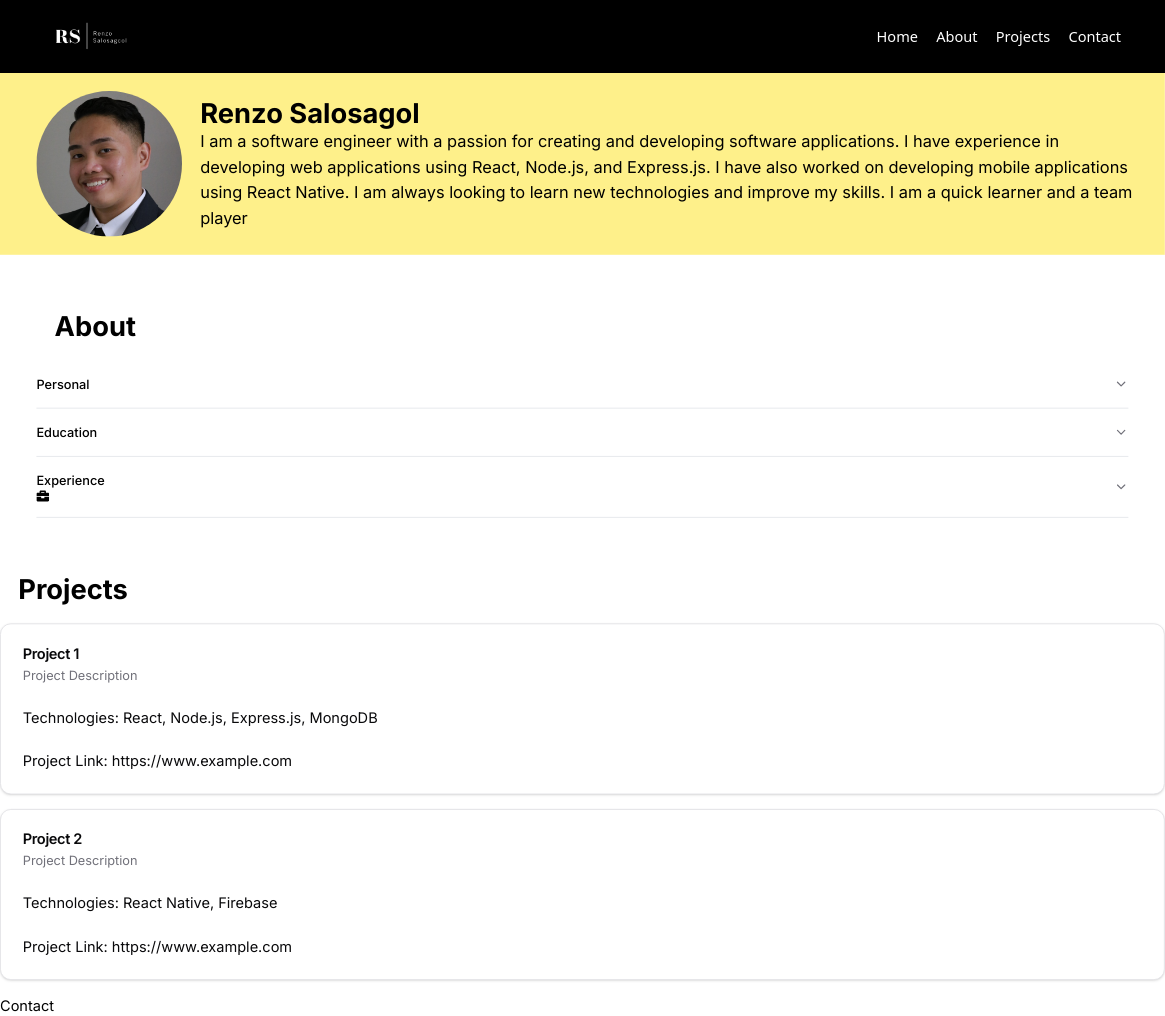
Repository: Renzo-Salosagcol/Portfolio-Website
Page: / (app in resume_website/)
An editor plug-in stored every save of this project. The page is shown before and after the next save, followed by the edit.
The browser window is 1280 px wide. The pictures show the whole page, at 91% of full size.
The project was rebuilt for these pictures with package versions that can differ from the ones it lists, and the page was loaded fresh each time. Also part of the build but not shown: resume_website/vite.config.js.

Above is the page before, as saved 2024-12-11 09:31:54.

### resume_website/index.html
<!doctype html>
<html lang="en">
  <head>
    <meta charset="UTF-8" />
    <link rel="icon" type="image/svg+xml" href="/vite.svg" />
    <meta name="viewport" content="width=device-width, initial-scale=1.0" />
    <title>Renzo Salosagcol</title>
  </head>
  <body>
    <div id="root"></div>
    <script type="module" src="/src/main.jsx"></script>
  </body>
</html>

### resume_website/src/index.css
@import url('https://fonts.googleapis.com/css2?family=Inter:opsz,wght@14..32,100..900&family=Roboto:wght@400;500;700&display=swap');

@tailwind base;
@tailwind components;
@tailwind utilities;

:root {
  font-family: "Inter", sans-serif;
}

### resume_website/src/App.jsx
import Nav from './components/Nav'
import Hero from "./components/Hero";
import About from "./components/about";
import Projects from "./components/projects";

const App = () => {
  return (
    <div>
      <div class="fixed h-full w-full bg-blue"><div class="absolute bottom-0 left-0 right-0 top-0 bg-[url(&#x27;/noise.png&#x27;)] bg-[size:300px_300px] bg-left-top"></div>
      </div>
      <nav className="fixed block w-full h-20 top-0">
        <Nav />
      </nav>
      <main className="mt-20">
        <Hero />
        <About />
        <Projects />

      </main>
      <footer>
        Contact
      </footer>
    </div>
  )
}

export default App;

### resume_website/src/components/Nav.jsx
import logoImage from "../assets/InitialPortfolioLogo.png";
import {
  NavigationMenu,
  NavigationMenuContent,
  NavigationMenuIndicator,
  NavigationMenuItem,
  NavigationMenuLink,
  NavigationMenuList,
  NavigationMenuTrigger,
  NavigationMenuViewport,
} from "../components/ui/navigation-menu";
import { navigationMenuTriggerStyle } from "../components/ui/navigation-menu";


const Nav = () => {
  return (
    <nav className="flex items-center bg-black w-full justify-between h-10 p-10 top-0">
      <div className="mx-5 flex-shrink-0">
        <img className="w-20 h-15" src={logoImage} alt="logo" />
      </div>
      <div className="flex-1 flex justify-end text-white">
        <NavigationMenu className="font-sans w-max">
          <NavigationMenuList className="flex">
            <NavigationMenuItem className="flex-1 px-2">
              <NavigationMenuLink href="#" className="hover:underline">Home</NavigationMenuLink>
            </NavigationMenuItem>
            <NavigationMenuItem className="flex-1 px-2">
              <NavigationMenuLink href="#" className="hover:underline">About</NavigationMenuLink>
            </NavigationMenuItem>
            <NavigationMenuItem className="flex-1 px-2">
              <NavigationMenuLink href="#" className="hover:underline">Projects</NavigationMenuLink>
            </NavigationMenuItem>
            <NavigationMenuItem className="flex-1 px-2">
              <NavigationMenuLink href="#" className="hover:underline">Contact</NavigationMenuLink>
            </NavigationMenuItem>
          </NavigationMenuList>
        </NavigationMenu>
      </div>
    </nav>
  );
}

export default Nav;

### resume_website/src/components/Hero.jsx
import profilePic from "../assets/ProfilePic.png";
import {HERO_INFO} from "../assets/constants";

const Hero = () => {
  return (
    <div className="bg-yellow-200 text-black w-full flex items-center justify-between p-5">
      <img src={ profilePic } alt="profile" className="w-50 h-40 rounded-full mx-5"/>
      <div className="justify-items-start">
        <h1 className="text-3xl font-bold">Renzo Salosagol</h1>
        <p className="text-lg">{HERO_INFO}</p>
      </div>
    </div>
  );
};

export default Hero;

### resume_website/src/components/about.jsx
import {
  Accordion,
  AccordionContent,
  AccordionItem,
  AccordionTrigger,
} from "@/components/ui/accordion"
import { PERSONAL_INFO, EDUCATION_INFO, EXPERIENCE_INFO } from "../assets/constants";
import { FaBriefcase } from "react-icons/fa"


const About = () => {
  return (
    <div className="p-10">
      <h1 className="text-3xl font-bold p-5">About</h1>
      <Accordion type="multiple" collapsible className="w-full">
        <AccordionItem value="item-1">
          <AccordionTrigger>Personal</AccordionTrigger>
          <AccordionContent>
            <div>{ PERSONAL_INFO }</div>
          </AccordionContent>
        </AccordionItem>
        <AccordionItem value="item-2">
          <AccordionTrigger>Education</AccordionTrigger>
          <AccordionContent>
            <div>{ EDUCATION_INFO }</div>
          </AccordionContent>
        </AccordionItem>
        <AccordionItem value="item-3">
          <AccordionTrigger className="">
            <div>Experience<FaBriefcase></FaBriefcase></div>
          </AccordionTrigger>
          <AccordionContent>
            <div>{ EXPERIENCE_INFO }</div>
          </AccordionContent>
        </AccordionItem>
      </Accordion>
    </div>
  );
}

export default About;

### resume_website/src/components/projects.jsx
import {
  Card,
  CardContent,
  CardDescription,
  CardFooter,
  CardHeader,
  CardTitle,
} from "@/components/ui/card"

const Projects = () => {
  return (
    <div>
      <h1 className="text-3xl font-bold p-5">Projects</h1>
      <div>
        <Card className="mb-4">
          <CardHeader>
            <CardTitle>Project 1</CardTitle>
            <CardDescription>Project Description</CardDescription>
          </CardHeader>
          <CardContent>
            <p>Technologies: React, Node.js, Express.js, MongoDB</p>
          </CardContent>
          <CardFooter>
            <p>Project Link: <a href="https://www.example.com">https://www.example.com</a></p>
          </CardFooter>
        </Card>
        <Card className="mb-4">
          <CardHeader>
            <CardTitle>Project 2</CardTitle>
            <CardDescription>Project Description</CardDescription>
          </CardHeader>
          <CardContent>
            <p>Technologies: React Native, Firebase</p>
          </CardContent>
          <CardFooter>
            <p>Project Link: <a href="https://www.example.com">https://www.example.com</a></p>
          </CardFooter>
        </Card>
      </div>
    </div>
  );
}

export default Projects;

### resume_website/src/components/ui/navigation-menu.jsx
import * as React from "react"
import * as NavigationMenuPrimitive from "@radix-ui/react-navigation-menu"
import { cva } from "class-variance-authority"
import { ChevronDown } from "lucide-react"

import { cn } from "@/lib/utils"

const NavigationMenu = React.forwardRef(({ className, children, ...props }, ref) => (
  <NavigationMenuPrimitive.Root
    ref={ref}
    className={cn(
      "relative z-10 flex max-w-max flex-1 items-center justify-center",
      className
    )}
    {...props}>
    {children}
    <NavigationMenuViewport />
  </NavigationMenuPrimitive.Root>
))
NavigationMenu.displayName = NavigationMenuPrimitive.Root.displayName

const NavigationMenuList = React.forwardRef(({ className, ...props }, ref) => (
  <NavigationMenuPrimitive.List
    ref={ref}
    className={cn(
      "group flex flex-1 list-none items-center justify-center space-x-1",
      className
    )}
    {...props} />
))
NavigationMenuList.displayName = NavigationMenuPrimitive.List.displayName

const NavigationMenuItem = NavigationMenuPrimitive.Item

const navigationMenuTriggerStyle = cva(
  "group inline-flex h-9 w-max items-center justify-center rounded-md bg-white px-4 py-2 text-sm font-medium transition-colors hover:bg-zinc-100 hover:text-zinc-900 focus:bg-zinc-100 focus:text-zinc-900 focus:outline-none disabled:pointer-events-none disabled:opacity-50 data-[active]:bg-zinc-100/50 data-[state=open]:bg-zinc-100/50 dark:bg-zinc-950 dark:hover:bg-zinc-800 dark:hover:text-zinc-50 dark:focus:bg-zinc-800 dark:focus:text-zinc-50 dark:data-[active]:bg-zinc-800/50 dark:data-[state=open]:bg-zinc-800/50"
)

const NavigationMenuTrigger = React.forwardRef(({ className, children, ...props }, ref) => (
  <NavigationMenuPrimitive.Trigger
    ref={ref}
    className={cn(navigationMenuTriggerStyle(), "group", className)}
    {...props}>
    {children}{""}
    <ChevronDown
      className="relative top-[1px] ml-1 h-3 w-3 transition duration-300 group-data-[state=open]:rotate-180"
      aria-hidden="true" />
  </NavigationMenuPrimitive.Trigger>
))
NavigationMenuTrigger.displayName = NavigationMenuPrimitive.Trigger.displayName

const NavigationMenuContent = React.forwardRef(({ className, ...props }, ref) => (
  <NavigationMenuPrimitive.Content
    ref={ref}
    className={cn(
      "left-0 top-0 w-full data-[motion^=from-]:animate-in data-[motion^=to-]:animate-out data-[motion^=from-]:fade-in data-[motion^=to-]:fade-out data-[motion=from-end]:slide-in-from-right-52 data-[motion=from-start]:slide-in-from-left-52 data-[motion=to-end]:slide-out-to-right-52 data-[motion=to-start]:slide-out-to-left-52 md:absolute md:w-auto",
      className
    )}
    {...props} />
))
NavigationMenuContent.displayName = NavigationMenuPrimitive.Content.displayName

const NavigationMenuLink = NavigationMenuPrimitive.Link

const NavigationMenuViewport = React.forwardRef(({ className, ...props }, ref) => (
  <div className={cn("absolute left-0 top-full flex justify-center")}>
    <NavigationMenuPrimitive.Viewport
      className={cn(
        "origin-top-center relative mt-1.5 h-[var(--radix-navigation-menu-viewport-height)] w-full overflow-hidden rounded-md border border-zinc-200 bg-white text-zinc-950 shadow data-[state=open]:animate-in data-[state=closed]:animate-out data-[state=closed]:zoom-out-95 data-[state=open]:zoom-in-90 md:w-[var(--radix-navigation-menu-viewport-width)] dark:border-zinc-800 dark:bg-zinc-950 dark:text-zinc-50",
        className
      )}
      ref={ref}
      {...props} />
  </div>
))
NavigationMenuViewport.displayName =
  NavigationMenuPrimitive.Viewport.displayName

const NavigationMenuIndicator = React.forwardRef(({ className, ...props }, ref) => (
  <NavigationMenuPrimitive.Indicator
    ref={ref}
    className={cn(
      "top-full z-[1] flex h-1.5 items-end justify-center overflow-hidden data-[state=visible]:animate-in data-[state=hidden]:animate-out data-[state=hidden]:fade-out data-[state=visible]:fade-in",
      className
    )}
    {...props}>
    <div
      className="relative top-[60%] h-2 w-2 rotate-45 rounded-tl-sm bg-zinc-200 shadow-md dark:bg-zinc-800" />
  </NavigationMenuPrimitive.Indicator>
))
NavigationMenuIndicator.displayName =
  NavigationMenuPrimitive.Indicator.displayName

export {
  navigationMenuTriggerStyle,
  NavigationMenu,
  NavigationMenuList,
  NavigationMenuItem,
  NavigationMenuContent,
  NavigationMenuTrigger,
  NavigationMenuLink,
  NavigationMenuIndicator,
  NavigationMenuViewport,
}

### resume_website/src/assets/constants.js
export const HERO_INFO = "I am a software engineer with a passion for creating and developing software applications. I have experience in developing web applications using React, Node.js, and Express.js. I have also worked on developing mobile applications using React Native. I am always looking to learn new technologies and improve my skills. I am a quick learner and a team player"

export const PERSONAL_INFO = "Personal: John Doe is located in Fullerton, California, United States. Contact: johndoe@example.com | (123) 456-7890. LinkedIn: linkedin.com/in/johndoe. Passionate and results-oriented software engineer with 5+ years of experience in developing scalable web applications. Adept at collaborating with cross-functional teams and committed to staying updated with the latest industry trends."

export const EDUCATION_INFO = "Education: Master of Science in Computer Science, University of California, Irvine, CA. Graduated: June 2022. Relevant Courses: Advanced Algorithms, Machine Learning, Distributed Systems. Bachelor of Science in Computer Science, California State University, Fullerton, CA. Graduated: May 2020. Relevant Courses: Data Structures, Database Management, Software Engineering."

export const EXPERIENCE_INFO = "Experience: Software Engineer at Tech Innovators Inc., Los Angeles, CA (June 2022 - Present). Developed and maintained web applications using React, Node.js, and MongoDB. Implemented RESTful APIs to enhance the functionality of the company's services. Collaborated with the product team to design and optimize user experiences. Junior Software Developer at Web Solutions LLC, Anaheim, CA (August 2020 - May 2022). Assisted in the development of e-commerce websites using HTML, CSS, and JavaScript. Worked closely with senior developers to troubleshoot and resolve software issues. Participated in code reviews and contributed to the improvement of development processes. Intern at Digital Innovations, Santa Ana, CA (June 2019 - August 2019). Supported the development of mobile applications using Flutter. Conducted testing and debugging to ensure app functionality and performance. Engaged in team meetings to discuss project progress and challenges."

### resume_website/src/components/ui/accordion.jsx
import * as React from "react"
import * as AccordionPrimitive from "@radix-ui/react-accordion"
import { ChevronDown } from "lucide-react"

import { cn } from "@/lib/utils"

const Accordion = AccordionPrimitive.Root

const AccordionItem = React.forwardRef(({ className, ...props }, ref) => (
  <AccordionPrimitive.Item ref={ref} className={cn("border-b", className)} {...props} />
))
AccordionItem.displayName = "AccordionItem"

const AccordionTrigger = React.forwardRef(({ className, children, ...props }, ref) => (
  <AccordionPrimitive.Header className="flex">
    <AccordionPrimitive.Trigger
      ref={ref}
      className={cn(
        "flex flex-1 items-center justify-between py-4 text-sm font-medium transition-all hover:underline text-left [&[data-state=open]>svg]:rotate-180",
        className
      )}
      {...props}>
      {children}
      <ChevronDown
        className="h-4 w-4 shrink-0 text-zinc-500 transition-transform duration-200 dark:text-zinc-400" />
    </AccordionPrimitive.Trigger>
  </AccordionPrimitive.Header>
))
AccordionTrigger.displayName = AccordionPrimitive.Trigger.displayName

const AccordionContent = React.forwardRef(({ className, children, ...props }, ref) => (
  <AccordionPrimitive.Content
    ref={ref}
    className="overflow-hidden text-sm data-[state=closed]:animate-accordion-up data-[state=open]:animate-accordion-down"
    {...props}>
    <div className={cn("pb-4 pt-0", className)}>{children}</div>
  </AccordionPrimitive.Content>
))
AccordionContent.displayName = AccordionPrimitive.Content.displayName

export { Accordion, AccordionItem, AccordionTrigger, AccordionContent }

### resume_website/src/components/ui/card.jsx
import * as React from "react"

import { cn } from "@/lib/utils"

const Card = React.forwardRef(({ className, ...props }, ref) => (
  <div
    ref={ref}
    className={cn(
      "rounded-xl border border-zinc-200 bg-white text-zinc-950 shadow dark:border-zinc-800 dark:bg-zinc-950 dark:text-zinc-50",
      className
    )}
    {...props} />
))
Card.displayName = "Card"

const CardHeader = React.forwardRef(({ className, ...props }, ref) => (
  <div
    ref={ref}
    className={cn("flex flex-col space-y-1.5 p-6", className)}
    {...props} />
))
CardHeader.displayName = "CardHeader"

const CardTitle = React.forwardRef(({ className, ...props }, ref) => (
  <div
    ref={ref}
    className={cn("font-semibold leading-none tracking-tight", className)}
    {...props} />
))
CardTitle.displayName = "CardTitle"

const CardDescription = React.forwardRef(({ className, ...props }, ref) => (
  <div
    ref={ref}
    className={cn("text-sm text-zinc-500 dark:text-zinc-400", className)}
    {...props} />
))
CardDescription.displayName = "CardDescription"

const CardContent = React.forwardRef(({ className, ...props }, ref) => (
  <div ref={ref} className={cn("p-6 pt-0", className)} {...props} />
))
CardContent.displayName = "CardContent"

const CardFooter = React.forwardRef(({ className, ...props }, ref) => (
  <div
    ref={ref}
    className={cn("flex items-center p-6 pt-0", className)}
    {...props} />
))
CardFooter.displayName = "CardFooter"

export { Card, CardHeader, CardFooter, CardTitle, CardDescription, CardContent }

Loaded but not shown: resume_website/src/main.jsx (common file); resume_website/src/lib/utils.js (common file); resume_website/tailwind.config.js (common file)

After the next save:
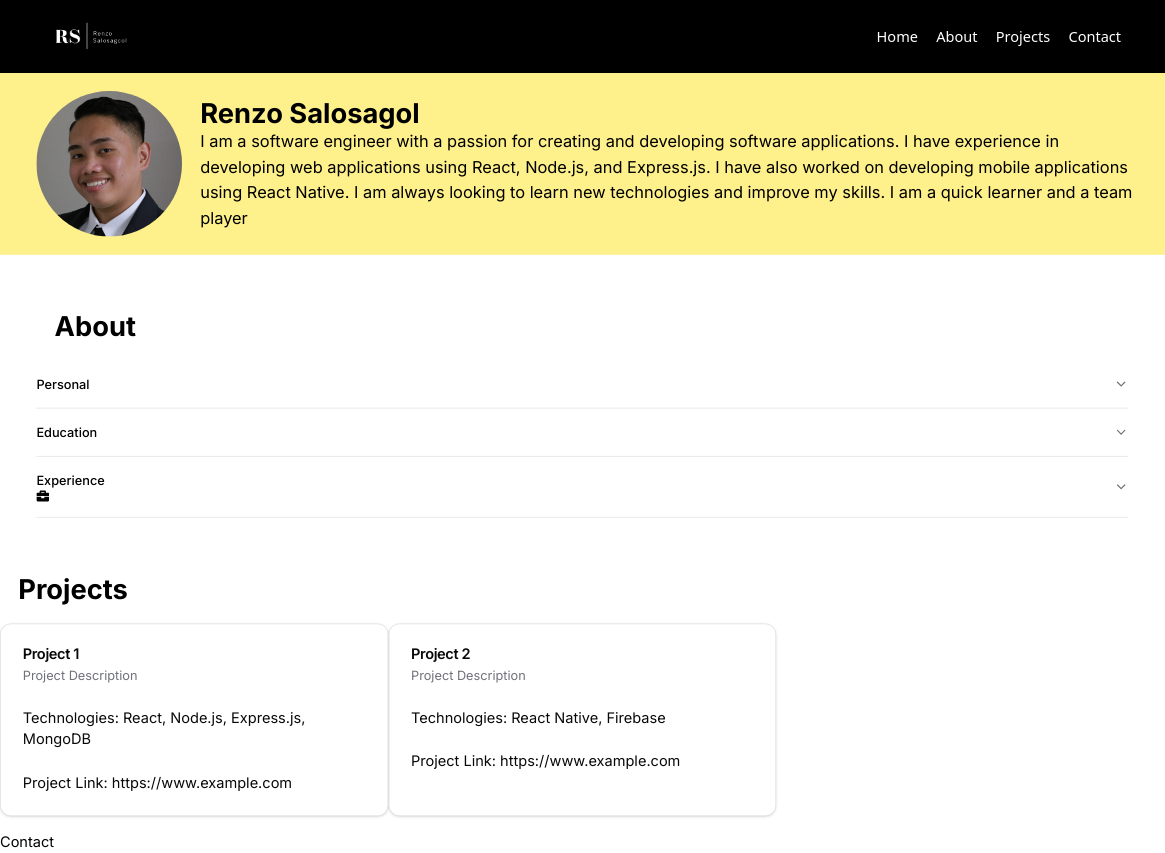
Saved 83 s later.
--- a/resume_website/src/components/projects.jsx
+++ b/resume_website/src/components/projects.jsx
@@ -11,8 +11,8 @@ const Projects = () => {
   return (
     <div>
       <h1 className="text-3xl font-bold p-5">Projects</h1>
-      <div>
-        <Card className="mb-4">
+      <div className="flex flex-col md:flex-row md:flex-wrap">
+        <Card className="mb-4 md:w-1/2 lg:w-1/3">
           <CardHeader>
             <CardTitle>Project 1</CardTitle>
             <CardDescription>Project Description</CardDescription>
@@ -24,7 +24,7 @@ const Projects = () => {
             <p>Project Link: <a href="https://www.example.com">https://www.example.com</a></p>
           </CardFooter>
         </Card>
-        <Card className="mb-4">
+        <Card className="mb-4 md:w-1/2 lg:w-1/3">
           <CardHeader>
             <CardTitle>Project 2</CardTitle>
             <CardDescription>Project Description</CardDescription>
